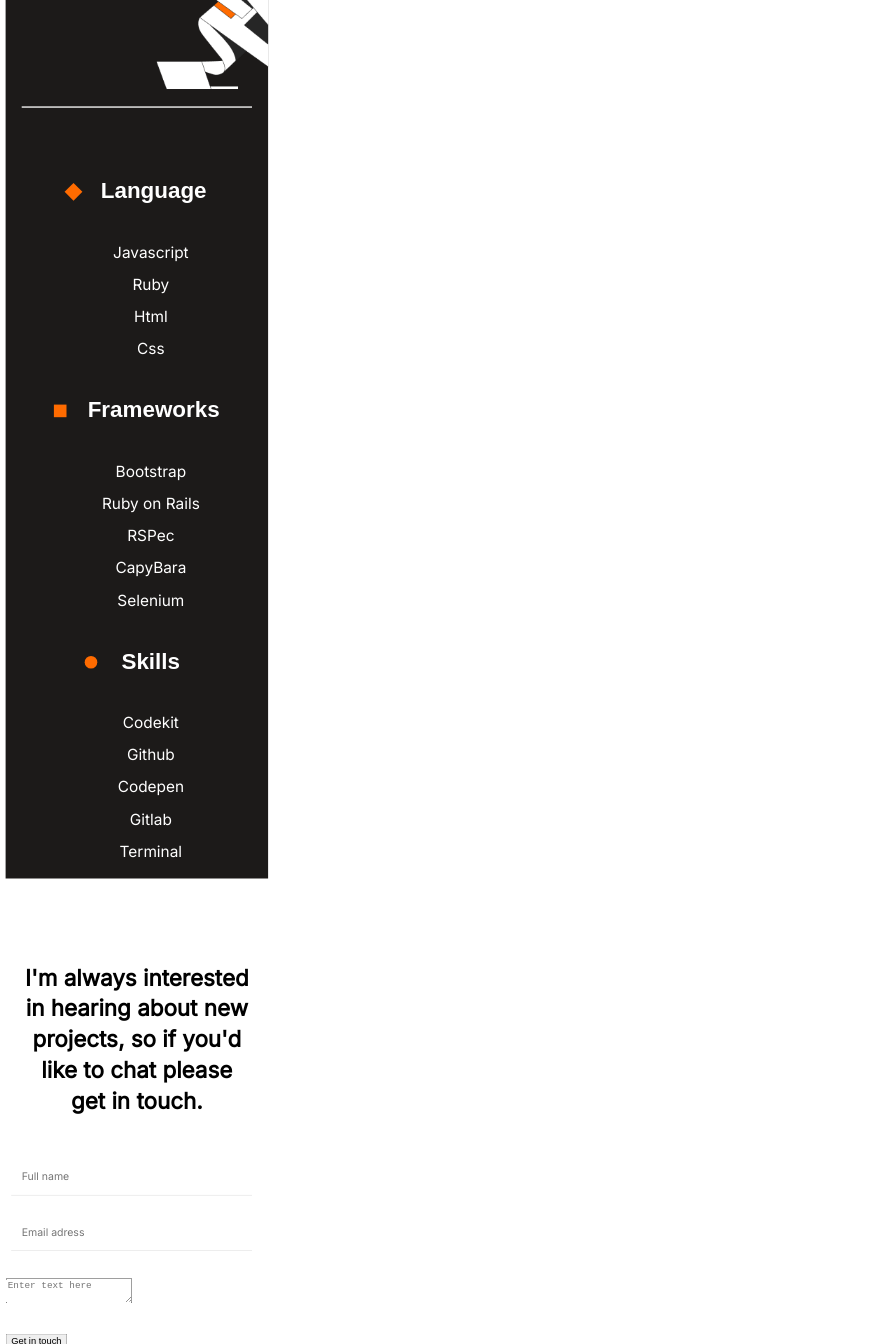
Repository: iBel251/portfolio
Page: index.html
These files come from the project's save history. The page is drawn as it stood at one moment and after the next save; the edit follows.
The browser window is 1280 px wide. The pictures show the part of the page from y = 4580 to 6500 px (the page is 6677 px tall before and 6693 px after), at 70% of full size.
Some web fonts or font styles are not loaded; a fallback is used.

Above is the page before, as saved 2022-03-22 11:09:00.

After the next save:
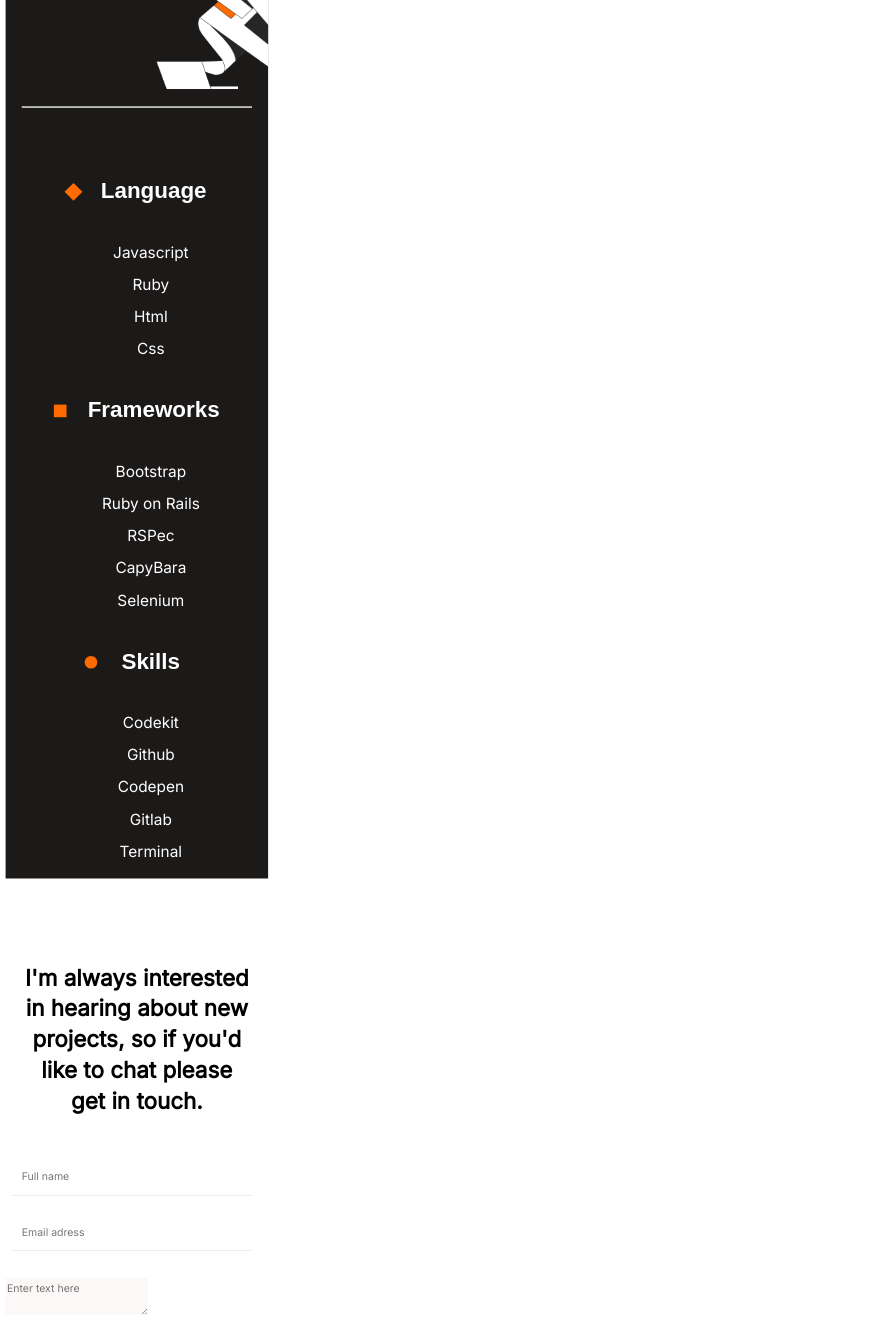
Saved 98 s later.
--- a/style.css
+++ b/style.css
@@ -439,5 +439,14 @@ line-height: 24px;
 width: 327px;
 margin-left: 8px;
 padding-left: 15px;
-
-}
+}
+
+.form textarea {
+  background: #FBF8F7;
+  border: none;
+  font-family: 'Inter';
+font-style: normal;
+font-weight: 400;
+font-size: 15px;
+line-height: 24px;
+}
